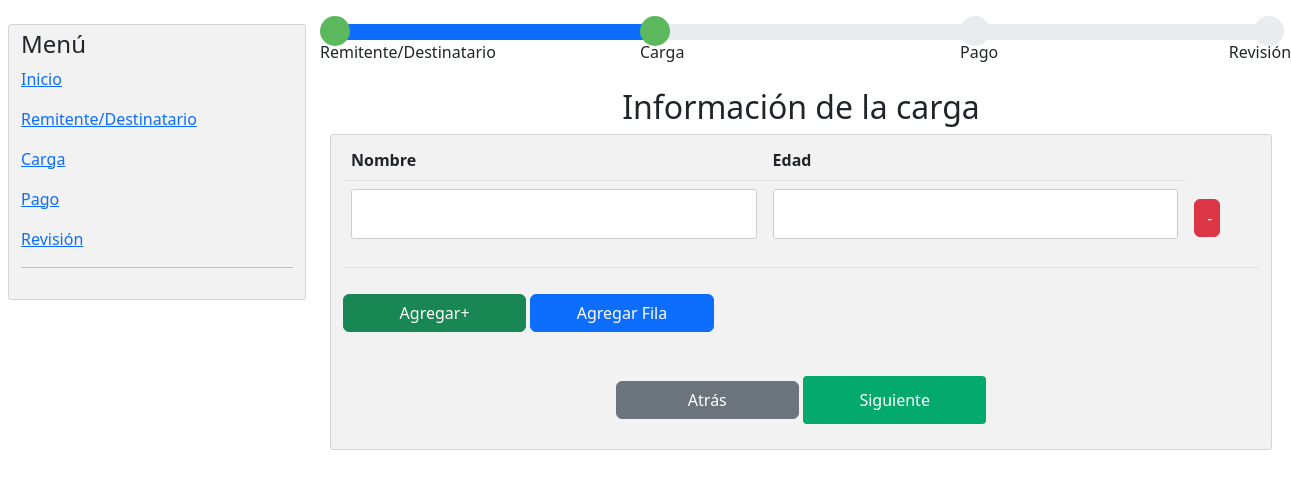
Repository: SennovaFluvial/Trasnfluvial
Page: appFluvial/templates/card1carga.html
The author's editor kept a copy of each file at every save. The page is drawn from the files as they stood at one save, then again after the next save.
The browser window is 1280 px wide. The page is 1291 px wide, so the pictures cover 1291 px, including what lies to the right of the window. The pictures show the whole page.
The template is drawn by Django 3.2. The application's start-up code is not run. Other server files are loaded and not shown. The template is opened directly, without the code that normally fills it, so the values that code supplies are empty.

Above is the page before, as saved 2023-10-19 23:26:18.

### appFluvial/templates/card1carga.html
<!DOCTYPE html>
<html>
<head>
<meta name="viewport" content="width=device-width, initial-scale=1">
<!--link rel="stylesheet" href="https://cdnjs.cloudflare.com/ajax/libs/font-awesome/4.7.0/css/font-awesome.min.css"-->
<style>
body {
  font-family: Arial;
  font-size: 17px;
  padding: 8px;
}

* {
  box-sizing: border-box;
}

.row {
  display: -ms-flexbox; /* IE10 */
  display: flex;
  -ms-flex-wrap: wrap; /* IE10 */
  flex-wrap: wrap;
  margin: 0 -16px;
}

.col-25 {
  -ms-flex: 25%; /* IE10 */
  flex: 25%;
}

.col-50 {
  -ms-flex: 50%; /* IE10 */
  flex: 50%;
}

.col-75 {
  -ms-flex: 75%; /* IE10 */
  flex: 75%;
}

.col-25,
.col-50,
.col-75 {
  padding: 0 16px;
}

.container {
  background-color: #f2f2f2;
  padding: 5px 20px 15px 20px;
  border: 1px solid lightgrey;
  border-radius: 3px;
}

input[type=text], select {
  width: 100%;
  margin-bottom: 20px;
  padding: 12px;
  border: 1px solid #ccc;
  border-radius: 3px;
}

input[type=submit] {
  background-color: #04AA6D;
  color: white;
  padding: 12px 20px;
  border: none;
  border-radius: 4px;
  cursor: pointer;
}

input[type=submit]:hover {
  background-color: #45a049;
}

label {
  margin-bottom: 10px;
  display: block;
}

.icon-container {
  margin-bottom: 20px;
  padding: 7px 0;
  font-size: 24px;
}

.btn {
  background-color: #04AA6D;
  color: white;
  padding: 12px;
  margin: 10px 0;
  border: none;
  width: 20%;
  border-radius: 3px;
  cursor: pointer;
  font-size: 17px;
}

.btn:hover {
  background-color: #45a049;
}

a {
  color: #2196F3;
}

hr {
  border: 1px solid lightgrey;
}

span.price {
  float: right;
  color: grey;
}


@media (max-width: 800px) {
  .row {
    flex-direction: column-reverse;
  }
  .col-25 {
    margin-bottom: 20px;
  }
}

</style>
<style>
  .one, .two, .three, .four{
    position:absolute;
    margin-top: -8px;
    z-index:1;
    height:30px;
    width:30px;
    border-radius:20px;
}
.one{
	left:25%;
}
.two{
	left:50%;
}
.three{
	left:75%;
}
.four{
	left:98%;
}
.primary-color{
	background-color:#4989bd;
}
.success-color{
	background-color:#5cb85c;
}
.info-color{
	background-color:#5bc0de;
}
.no-color{
	background-color:inherit;
}

</style>
<script>
  function addRow() {
      var table = document.getElementById("myTable");
      var row = table.insertRow(-1);
      var cell1 = row.insertCell(0);
      var cell2 = row.insertCell(1);
      var cell3 = row.insertCell(2);
      cell1.innerHTML = "<input type='text' name='name'>";
      cell2.innerHTML = "<input type='text' name='age'>";
      cell3.innerHTML = "<button type='button' onclick='deleteRow(this)'>Eliminar</button>";
  }

  function deleteRow(btn) {
      var row = btn.parentNode.parentNode;
      row.parentNode.removeChild(row);
  }
</script>

<link rel="stylesheet" href="https://cdn.jsdelivr.net/npm/bootstrap@5.2.3/dist/css/bootstrap.min.css" integrity="sha384-rbsA2VBKQhggwzxH7pPCaAqO46MgnOM80zW1RWuH61DGLwZJEdK2Kadq2F9CUG65" crossorigin="anonymous">
<script src="https://cdn.jsdelivr.net/npm/bootstrap@5.2.3/dist/js/bootstrap.min.js" integrity="sha384-cuYeSxntonz0PPNlHhBs68uyIAVpIIOZZ5JqeqvYYIcEL727kskC66kF92t6Xl2V" crossorigin="anonymous"></script>

</head>
<body>

<p></p>
<div class="row">

  <div class="col-25">

    <div class="container">
      <h4>Menú <span class="price" style="color:black"><i class="fa fa-shopping-cart"></i> <b></b></span></h4>
      <p><a href="../../">Inicio</a> <span class="price"> </span></p>
      <p><a href="../../card/1/remitente">Remitente/Destinatario</a> <span class="price">  </span></p>
      <p><a href="../../card/1/carga">Carga</a> <span class="price"> </span></p>
      <p><a href="../../card/1/pago">Pago</a> <span class="price"> </span></p>
      <p><a href="../../card/1/revision">Revisión</a> <span class="price"> </span></p>
      <hr>
    </div>
  </div>


  <div class="col-75">
    <!--  ****************************************BEGIN************************************************ -->
    <div class="container_">
      <div class="row"><br />
        <div class="col-md-12">
        <div class="progress">
            <div class="one success-color"></div>
            <div class="two success-color"></div>
            <div class="three no-color"></div>
            <div class="four no-color"></div>
            <div class="progress-bar progress-bar-success" style="width: 34%"></div>
        </div>
        <br>
        <label for="one" style="position: absolute; top: 30px; left: 25%; z-index: 1; margin-top: 10px;">Remitente/Destinatario</label>
        <label for="two" style="position: absolute; top: 30px; left: 50%; z-index: 1; margin-top: 10px;">Carga</label>
        <label for="three" style="position: absolute; top: 30px; left: 75%; z-index: 1; margin-top: 10px;">Pago</label>
        <label for="four" style="position: absolute; top: 30px; left: 96%; z-index: 1; margin-top: 10px;">Revisión</label>

      </div>
      </div>
    </div>
    <br>
    <!-- -*****************************************END**********************************************-->
    <div class="text-center">
    <h2>Información de la carga</h2>
    </div>
    <div class="container">
      <form method="post">
        {% csrf_token %}
        <div class="row">
          <div class="col-50">
            <table class="table">
              <tr>
                <th>Nombre</th>
                <th>Edad</th>
              </tr>
              <tr>
                <td><input type="text" name="name"></td>
                <td><input type="text" name="age"></td>
                <td><button type="button"  class="btn btn-danger" onclick="deleteRow(this)">-</button></td>
              </tr>
            </table>

            <a type="button"  class="btn btn-success" onclick="addRow()">Agregar+</a>
            <button type="button" class="btn btn-primary" data-toggle="modal" data-target="#myModal">Agregar Fila</button>
          </div>
        </div>
        <br>
        <div class="text-center">
        <button href="javascript:history.back()" class="btn btn-secondary">Atrás</button>
        <input type="submit" value="Siguiente" class="btn">
        </div>
      </form>
    </div>
  </div>
</div>


<div class="modal" id="myModal">
  <div class="modal-dialog">
      <div class="modal-content">

          <div class="modal-header">
              <h4 class="modal-title">Agregar Datos</h4>
              <button type="button" class="close" data-dismiss="modal">&times;</button>
          </div>

          <div class="modal-body">
              <div class="form-group">
                  <label for="name">Nombre:</label>
                  <input type="text" class="form-control" id="name">
              </div>
              <div class="form-group">
                  <label for="age">Edad:</label>
                  <input type="text" class="form-control" id="age">
              </div>
          </div>

          <div class="modal-footer">
              <button type="button" class="btn btn-success" onclick="addRow()">Agregar</button>
              <button type="button" class="btn btn-danger" data-dismiss="modal">Cerrar</button>
          </div>

      </div>
  </div>
</div>

</body>
</html>

After the next save:
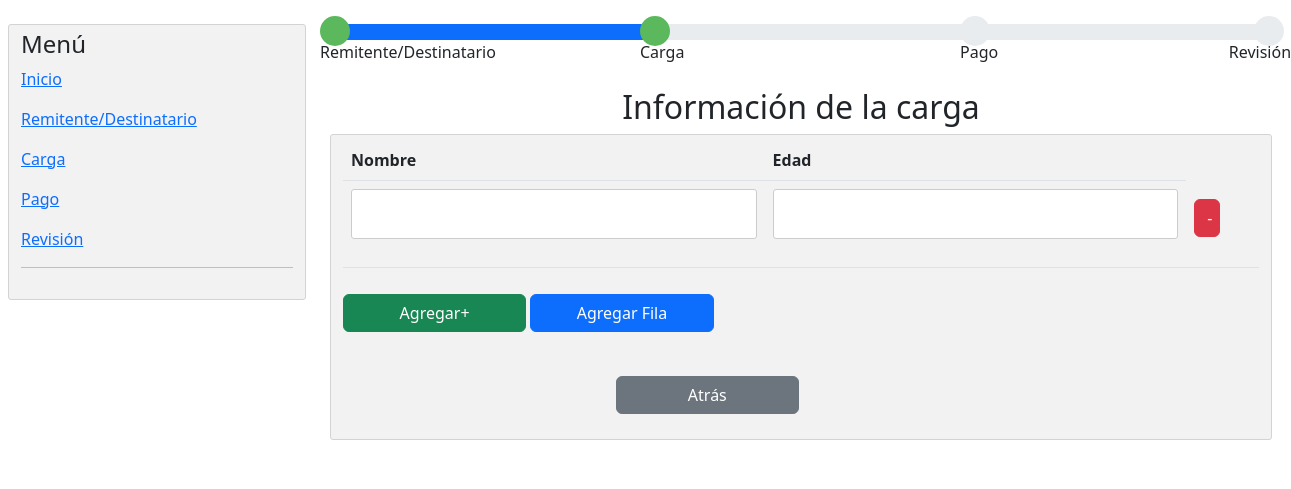
Saved 33 s later.
--- a/appFluvial/templates/card1carga.html
+++ b/appFluvial/templates/card1carga.html
@@ -248,7 +248,7 @@ span.price {
         <br>
         <div class="text-center">
         <button href="javascript:history.back()" class="btn btn-secondary">Atrás</button>
-        <input type="submit" value="Siguiente" class="btn">
+        <button type="submit" value="Siguiente" class="btn"></button>
         </div>
       </form>
     </div>
